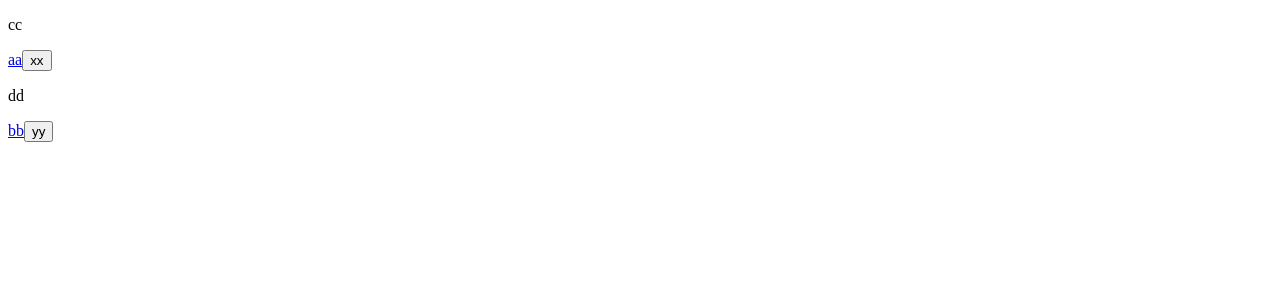
Repository: SolarHalo/dbe
Page: http://localhost/test.php
An editor plug-in stored every save of this project. The page is shown before and after the next save, followed by the edit.
The browser window is 1280 px wide. The pictures show the whole page.
The page is run by PHP 8.4 with error messages shown; the project is at /var/www/html/.

Above is the page before, as saved 2013-03-22 13:39:43.

After the next save:
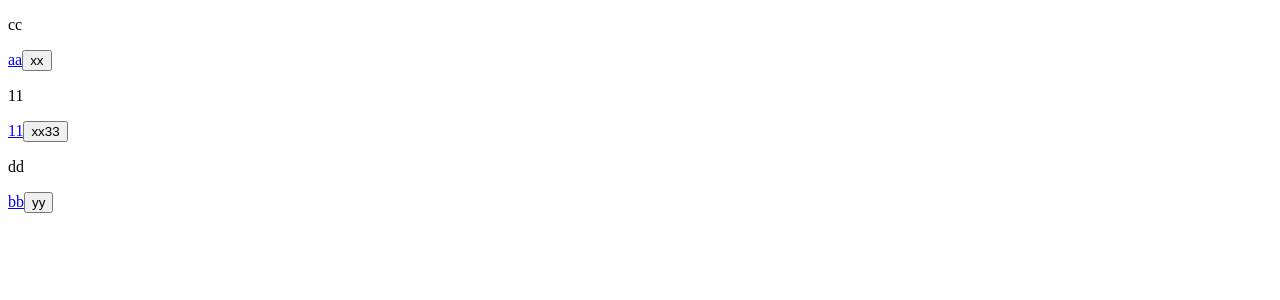
Saved 57 s later.
--- a/test/test.php
+++ b/test/test.php
@@ -20,6 +20,7 @@ $(document).ready(function(){
 	<div id="piccontainer">
 		<div>
 			<div><p>cc</p><a href="#" un='aa' class="btn">aa</a><button  un='xx' >xx</button></div>
+			<div><p>11</p><a href="#" un='11' class="btn">11</a><button  un='x33' >xx33</button></div>
 		</div>
 		<div>
 			<div><p>dd</p><a href="#" un='bb' class="btn">bb</a><button  un='yy' >yy</button></div>
